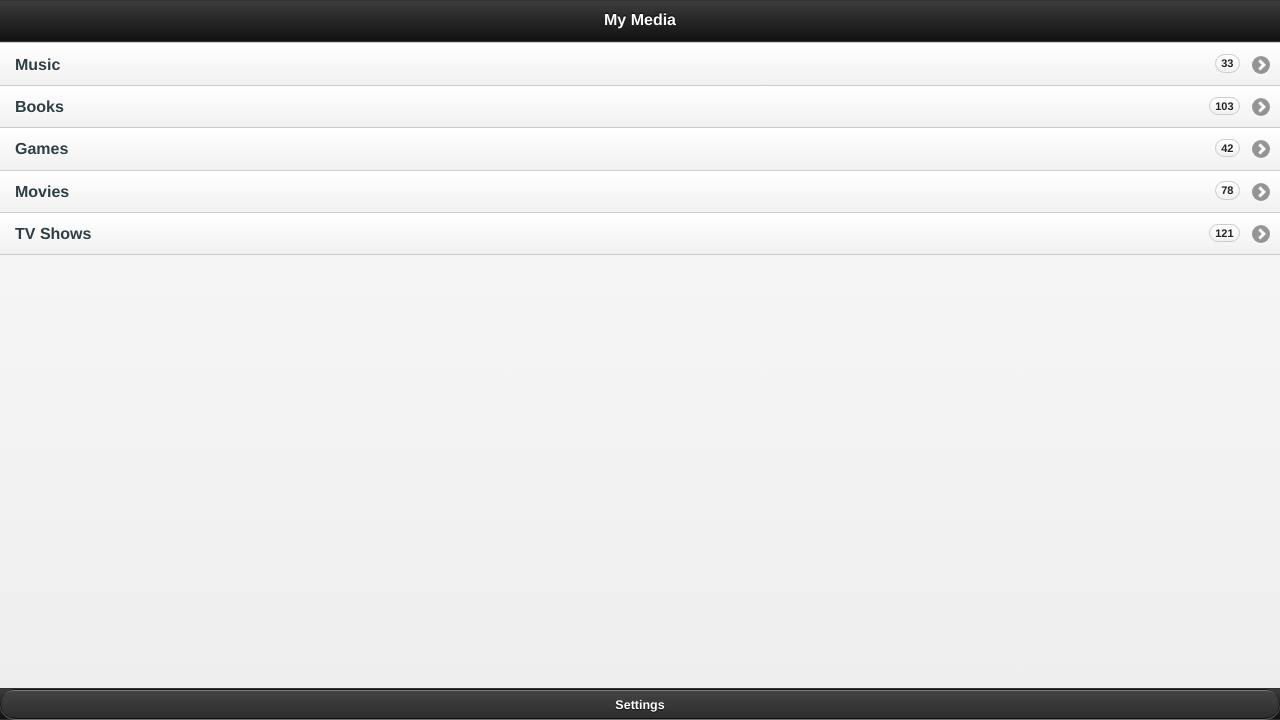
Repository: shavo0915/MediaCollectionApp
Page: MediaCollectionApp/assets/www/index.html
The author's editor kept a copy of each file at every save. The page is drawn from the files as they stood at one save, then again after the next save.
The browser window is 1280 px wide. The pictures show the whole page.

Above is the page before, as saved 2013-01-30 22:38:38.

After the next save:
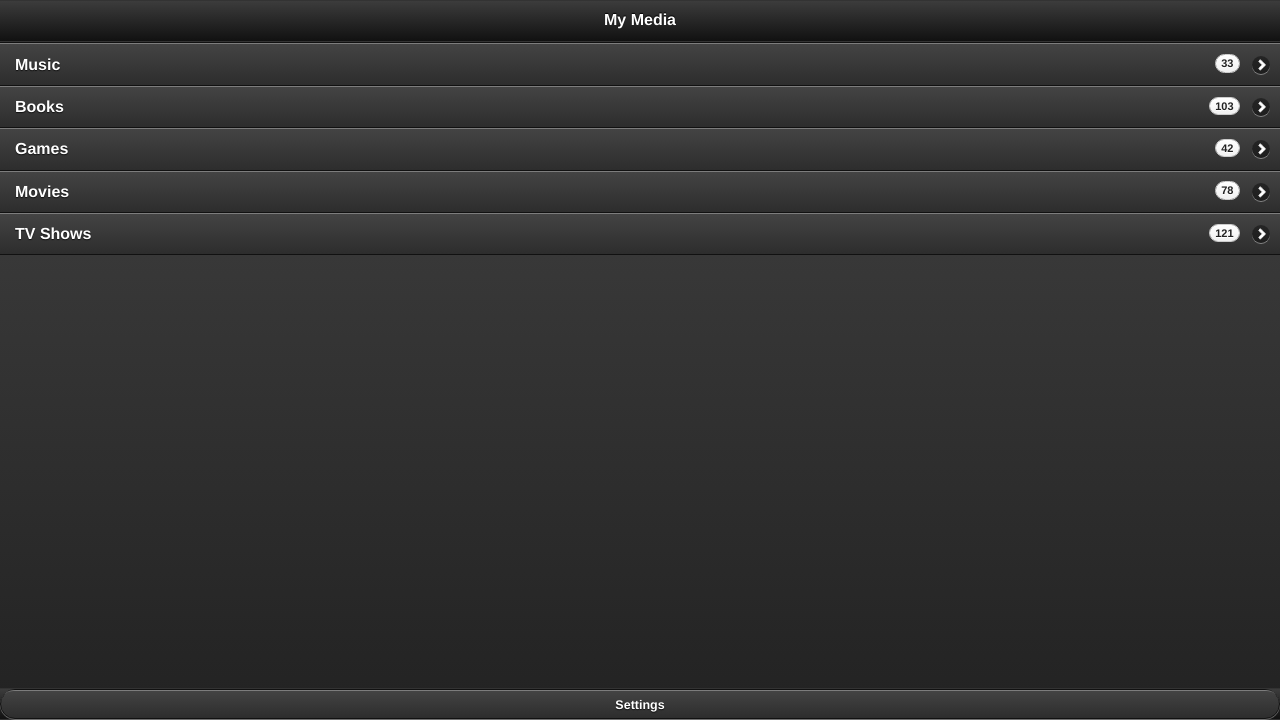
Saved 54 min 50 s later.
--- a/MediaCollectionApp/assets/www/index.html
+++ b/MediaCollectionApp/assets/www/index.html
@@ -9,7 +9,7 @@
 </head>
 <body>
 
-	<div data-role="page" id="myMedia">
+	<div data-role="page" id="myMedia" data-theme="a">
 
 		<div data-role="header">
 			<h1>My Media</h1>
